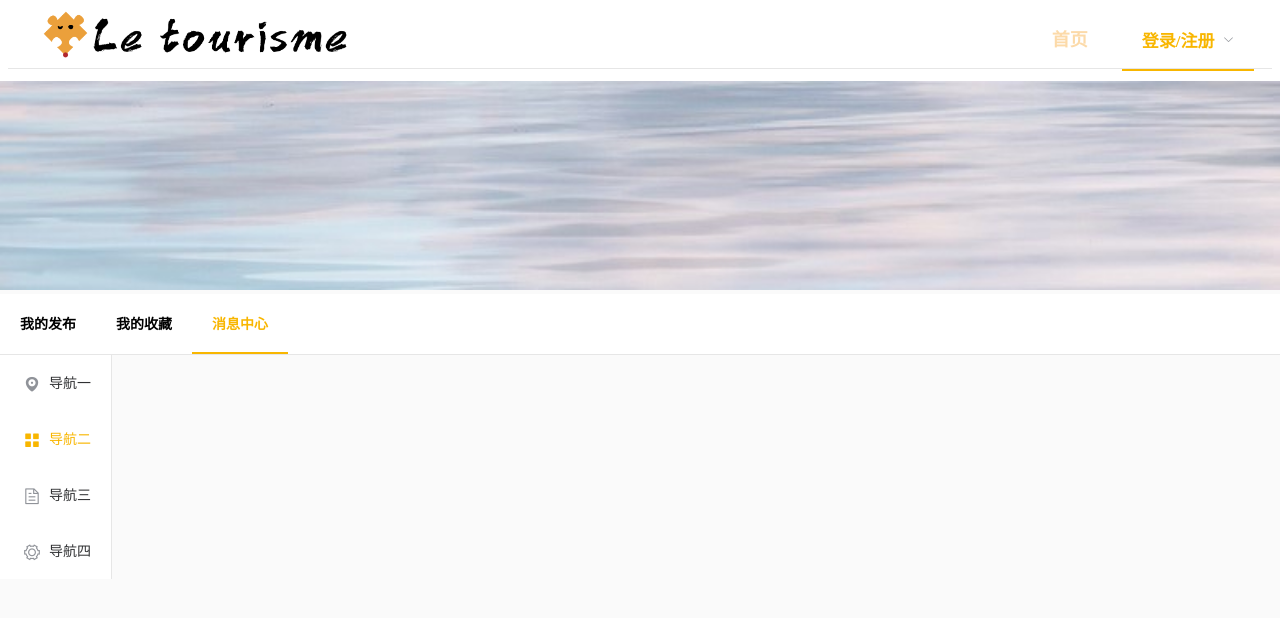
Repository: linxuerou0129/2020.08.31
Page: /Message
These files come from the project's save history. The page is drawn as it stood at one moment and after the next save; the edit follows.
The browser window is 1280 px wide. The pictures show the whole page.
The page's requests for data from a server got no answer. The project was rebuilt for these pictures with package versions that can differ from the ones it lists, and the page was loaded fresh each time. No one was signed in, and anything a server would have sent is missing. Also part of the build but not shown: src/views/Home.vue.

Above is the page before, as saved 2020-08-29 20:28:31.

After the next save:
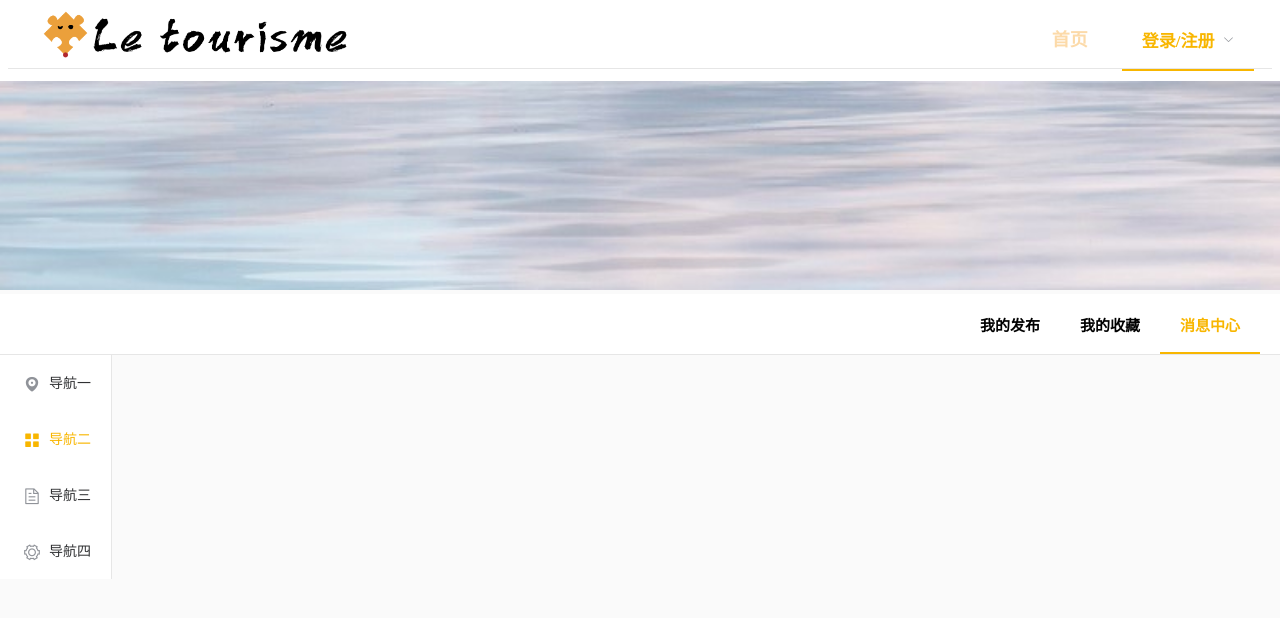
Saved 16 min 5 s later.
--- a/src/views/Message.vue
+++ b/src/views/Message.vue
@@ -72,6 +72,11 @@ export default {
 </script>
 
 <style scoped>
+.head1{
+  position: relative;
+  left: 75%;
+  font-size: 15px;
+}
 .body{
     display: -webkit-flex; /* Safari */
     display: flex;
